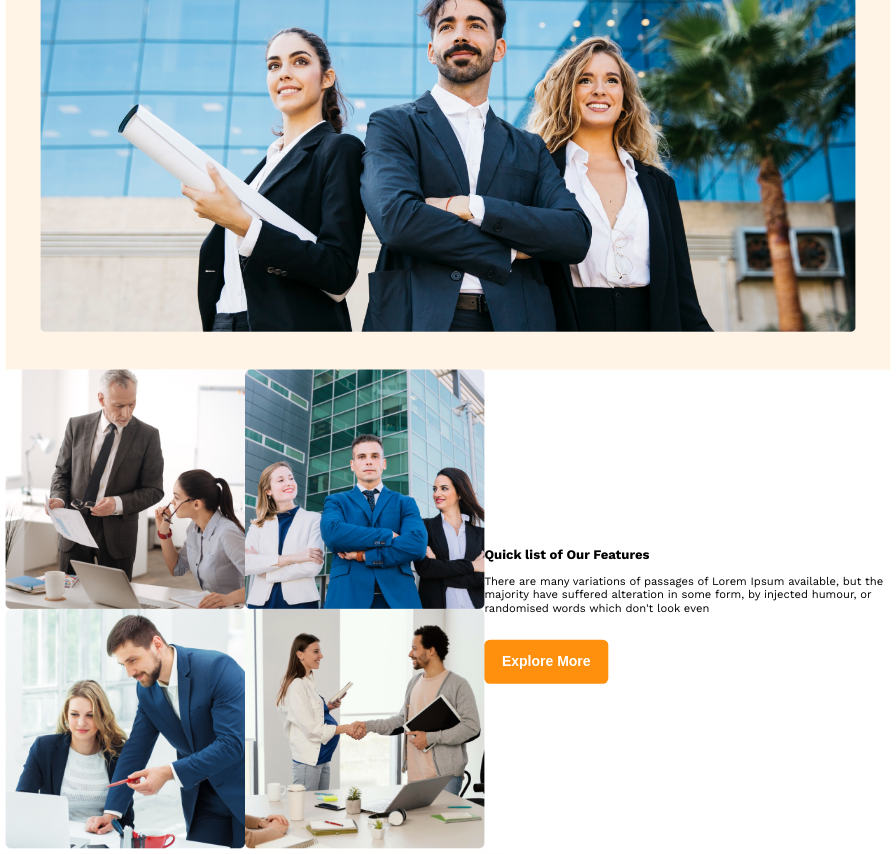
Repository: dollyrakhe22/g3-architects-website
Page: index.html
The author's editor kept a copy of each file at every save. The page is drawn from the files as they stood at one save, then again after the next save.
The browser window is 1280 px wide. The pictures show the part of the page from y = 687 to 2607 px (the page is 1907 px tall before and 2607 px after), at 70% of full size.

Above is the page before, as saved 2025-07-20 20:45:12.

### index.html
<!DOCTYPE html>
<html lang="en">
<head>
    <meta charset="UTF-8">
    <meta name="viewport" content="width=device-width, initial-scale=1.0">
    <title>Architects Website</title>
    <link rel="stylesheet" href="style.css">
</head>
<body class="work-sans-font">
   <header>
     <header class="bg-light">
           <nav class="navbar  display-flex">
             <h3 class="brand">G3 Architects</h3>
             <ul class="nav-links display-flex">
              <li class="nav-item"><a href="" class="nav-link text-gray ">Home</a></li>
              <li class="nav-item"><a href="" class="nav-link text-gray ">About</a></li>
              <li class="nav-item"><a href="" class="nav-link text-gray ">Contact Us</a></li>
              <li class="nav-item"><a href="" class="nav-link text-gray ">Login</a></li>
             </ul>
           </nav>
           <div class="banner">
          <div class="banner-content">
              <h1 class="banner-title">Brand New Group of Architects </h1>
              <p class="banner-description">There are many variations of passages of Lorem Ipsum available, but the majority have suffered alteration in some form, by injected humour,
              or randomised words which don't look even</p>
            <button class="btn-primary">Explore More</button>
          </div>
            <img class="banner-img" src="images/banner.png" alt="" srcset="">
           </div>
    </header>

   <main>
    <section class="teams display-flex">
      <div class="team-img-container">
      <img src="images/team1.png" alt="" srcset="">
      <img src="images/team2.png" alt="" srcset="">
      <img src="images/team3.png" alt="" srcset="">
      <img src="images/team4.png" alt="" srcset="">
      </div>
      <div class="our-features">
          <h3 class="feature-title">Quick list of Our Features</h3>
           <p class="feature-description">There are many variations of passages of Lorem Ipsum available, but the majority have suffered alteration in some form, by injected humour,
             or randomised words which don't look even</p>
             <button class="btn-primary">Explore More</button>
      </div>
    </section>

   </main>
    <footer>

    </footer>
</body>
</html>

### style.css
@import url('https://fonts.googleapis.com/css2?family=Work+Sans:ital,wght@0,100..900;1,100..900&display=swap');

.work-sans-font {
  font-family: "Work Sans", sans-serif;
  font-optical-sizing: auto;
  font-weight: 400px;
  font-style: normal;
}
/*shared styles*/
.display-flex{
  display: flex;
}
/*dark 02*/
.text-gray{
  color: #424242;
}
/*dark 03*/
.text-light-gray{
  color:#727272;
}
.navbar{
  justify-content: space-between;
  align-items: center;
}
.bg-light{
  background-color: rgba(255, 144, 14, 0.1);
}
.brand{
  font-weight: 700;
  font-size: 3rem;
}
/*header styles*/
/*main*/
main{
  max-width: 1440px;
  margin: 0 auto;
}

/*navbar related styles*/
.navbar{
  display: flex;
}
.nav-item{
  list-style: none;
  margin-right: 30px;
}
.nav-link{
  text-decoration: none;
  font-size: 500;
}
.navbar,.banner {
  max-width: 1200px;
  margin: 0 auto;

}


/*banner related styles*/
.banner-content{
  max-width: 800px;
  margin: 0 auto;
  text-align: center;
  margin-bottom: 20px;

}
.banner{
  padding: 50px;

}
.banner-img{
  width: 100%;
}
.banner-title{
  font-weight: 700;
  font-size: 4rem;
}
.banner-description{
  font-size: 13px;


}
.btn-primary{
  background-color: #FF900E;
  color: white;
  padding: 20px 25px;
  font-size: 1.25rem;
  font-weight: 600;
  border:none;
  border-radius: 8px;
  margin-top: 20px;
  margin-top: 20px;

}
/*team work and features style*/
.teams{
  align-items: center;
}
.team-img-container{
  display: grid;
  grid-template-columns: repeat(2,1fr);
}




/*responsive media query*/
@media screen and (max-width: 576px){
  .navbar, .nav-link{
    flex-direction: column;
  }


}

After the next save:
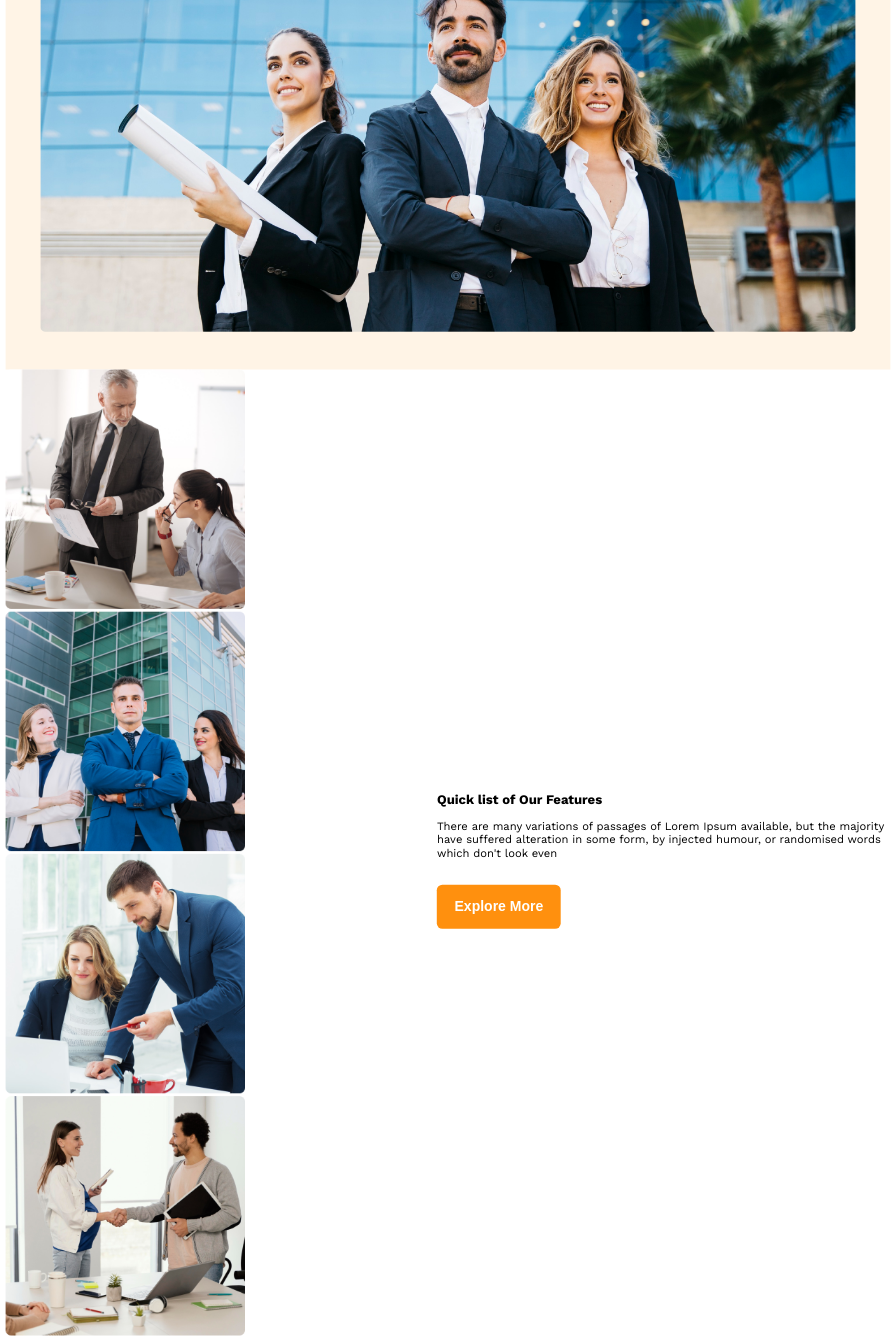
Saved 76 s later.
--- a/style.css
+++ b/style.css
@@ -96,8 +96,7 @@ main{
   align-items: center;
 }
 .team-img-container{
-  display: grid;
-  grid-template-columns: repeat(2,1fr);
+
 }
 
 
